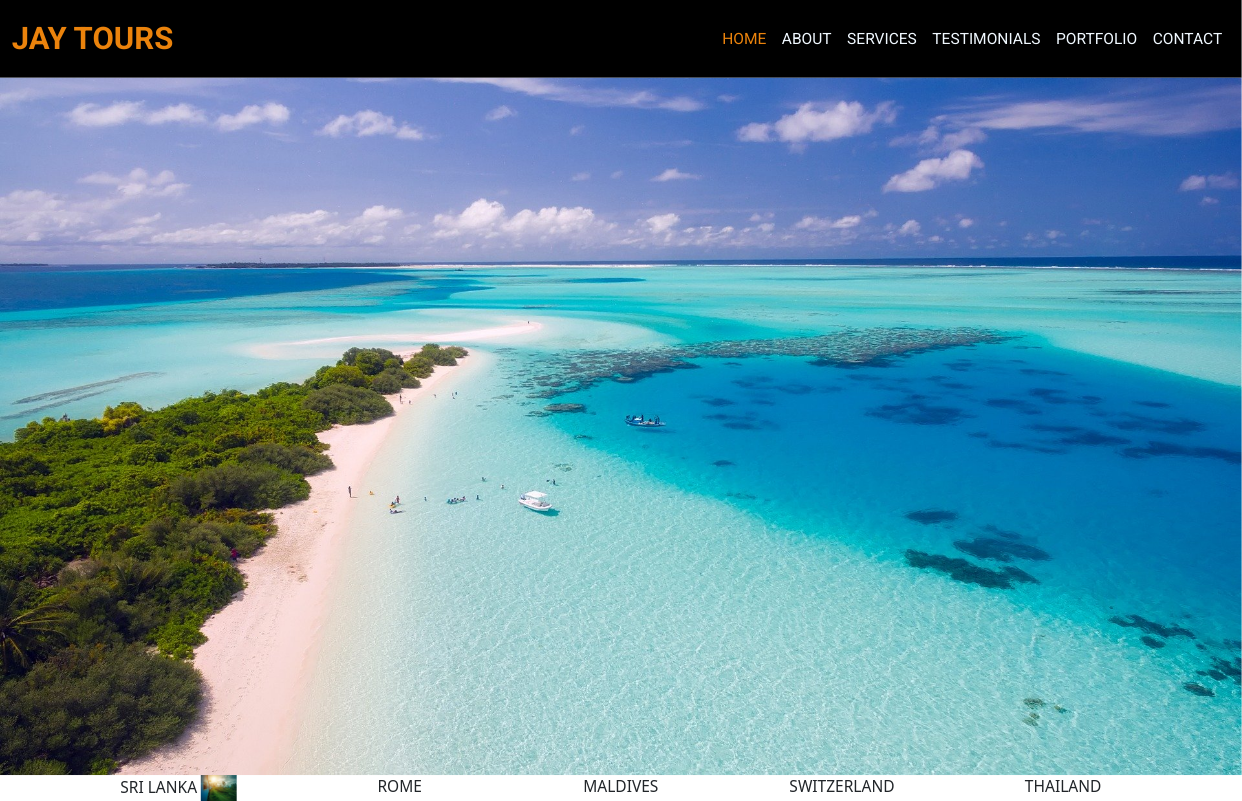
Repository: kasundiudn/Jay-Travel
Page: index.html
An editor plug-in stored every save of this project. The page is shown before and after a run of saves, followed by the edit.
The browser window is 1280 px wide. The pictures show the whole page, at 97% of full size.

Above is the page before, as saved 2025-06-26 10:18:20.

After the next 7 saves:
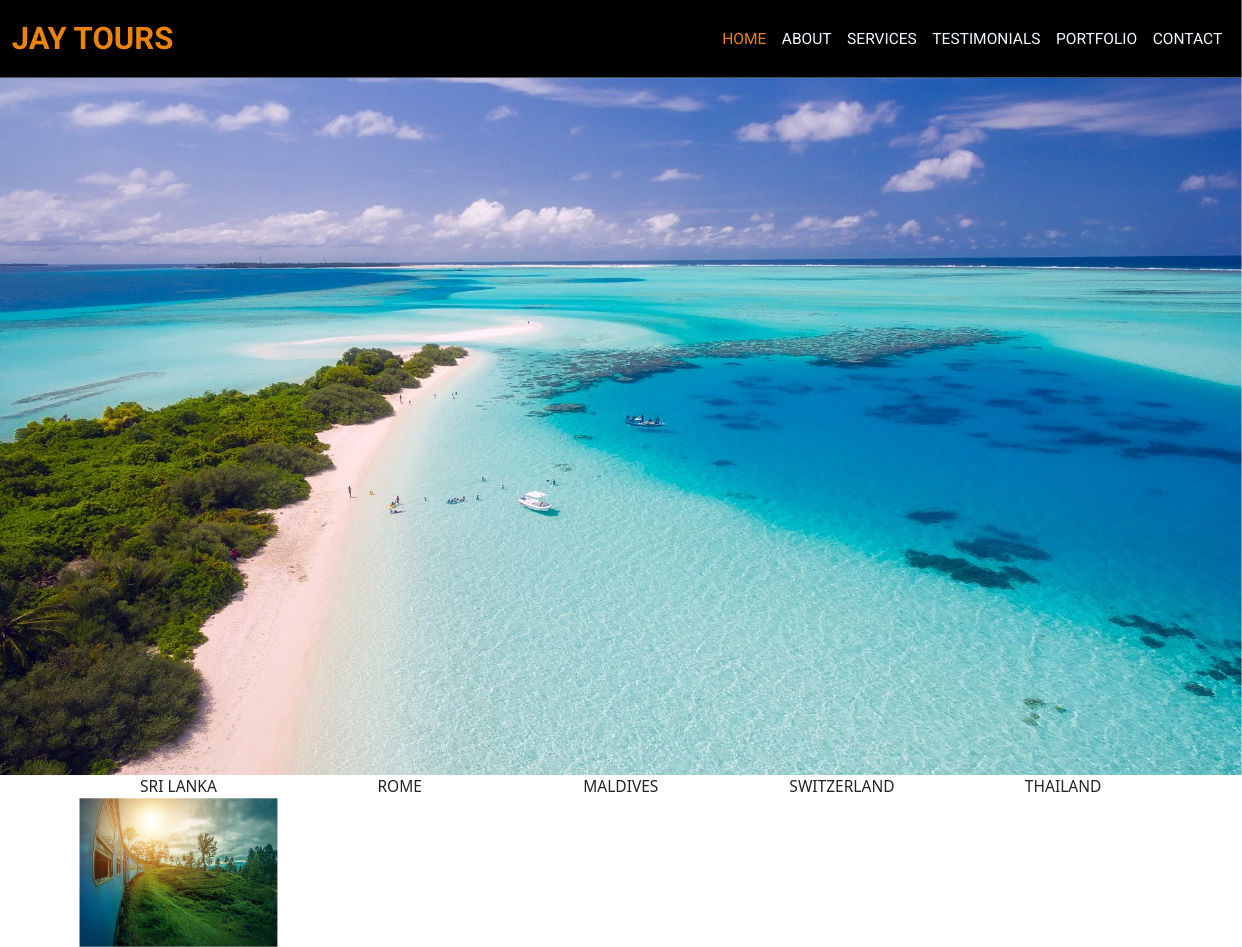
The 7 saves are shown as one change because they came seconds apart.
The last was saved 26 s later.
--- a/index.html
+++ b/index.html
@@ -55,7 +55,7 @@
   <div class="row">
     <div class="col">
       SRI LANKA
-      <img src="Sri Lanka.jpg" alt="SRI LANKA" style="width: 18%; height: auto;">
+      <img src="Sri Lanka.jpg" alt="SRI LANKA" style="width: 100%; height: auto;">
     </div>
     <div class="col">
       ROME
